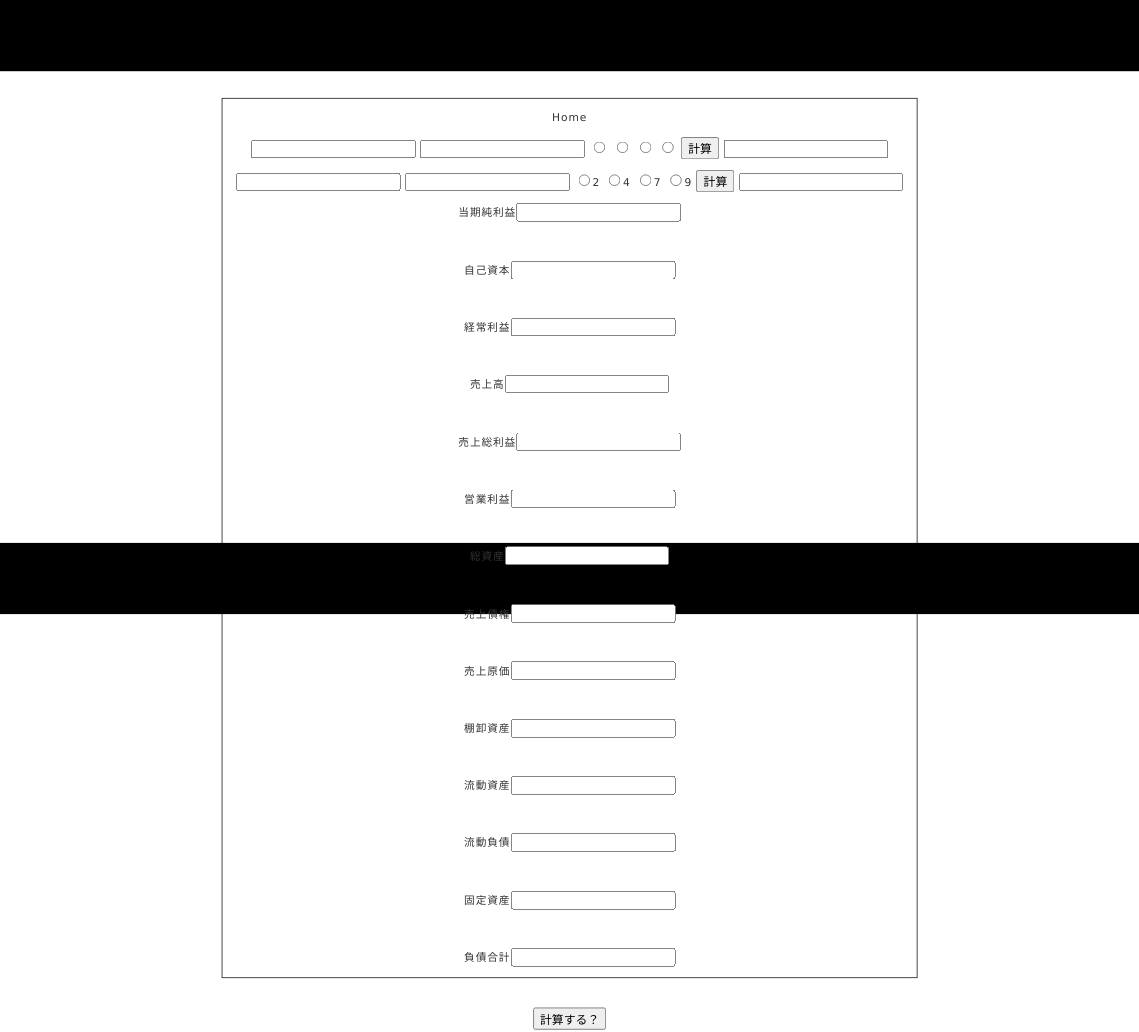
Repository: HattoriKotaro19920408/Keisanchan
Page: http://localhost/Keisanchan/
These files come from the project's save history. The page is drawn as it stood at one moment and after the next save; the edit follows.
The browser window is 1280 px wide. The pictures show the whole page, at 89% of full size.
The page is served by Tomcat 9. Other server files are loaded and not shown.

Above is the page before, as saved 2018-08-16 05:03:48.
Console error: SyntaxError: Unexpected identifier 'roe'

### Keisanchan/WebContent/home.jsp
<%@ page language="java" contentType="text/html; charset=UTF-8"
    pageEncoding="UTF-8"%>
<%@ taglib prefix="s" uri="/struts-tags" %>
<!DOCTYPE html PUBLIC "-//W3C//DTD HTML 4.01 Transitional//EN" "http://www.w3.org/TR/html4/loose.dtd">
<html>
<head>
<meta http-equiv="Content-Type" content="text/html; charset=utf-8" />
<meta http-equiv="Content-Style-Type" content="text/css" />
<meta http-equiv="Content-Script-Type" content="text/javascript" />
<meta http-equiv="imagetoolbar" content="no" />
<meta name="description" content="" />
<meta name="keywords" content="" />

<title>Home画面</title>
<style type="text/css">
   body{
      margin:0;
      padding:0;
      line-height:1.6;
      letter-spacing:1px;
      font-family:Verdana, Helvetica, sans-serif;
      font-size:12px;
      color:#333;
      background:#fff;
   }
   table{
     text-align:center;
     margin:o auto;
   }

   #top{
     width:780px;
     margin:30px auto;
     border:1px solid #333;
   }
   #header{
     width:100%;
     height:80px;
     background-color:black;
   }
   #main{
     width:100%;
     height:500px;
     text-align:center;
   }
   #footer{
     width:100%;
     height:80px;
     background-color:black;
     clear:both;
   }
   #text-center{
      display:inline-block;
      text-align:center;
   }
</style>
</head>
<body>
 <div id="header">
         <div id="pr">
         </div>
    </div>

    <div id="main">
         <div id="top">
              <p>Home</p>

<input name="a" value="">
<input name="b" value="">
<input type="radio" name="c" value="2">
<input type="radio" name="c" value="4">
<input type="radio" name="c" value="7">
<input type="radio" name="c" value="9">

<input onclick=clac() value="計算" type=button>

<input name="d" value="">
<script>
function calc(f){
var val=0;
var val_a=parseFloat(f.elements["a"].value);
var val_b=parseFloat(f.elements["b"].value);
var val_c=0;
for(var i=0;i<f.elements["c"].length;i++){
if(f.elements["c"][i].checked){
val_c=parseFloat(f.elements["c"][i].value);
}
}
val=val_a * 1.05 + val_b / val_c + 10;
val=Math.ceil(val);//切り上げ floorなら切り捨て
f.elements["d"].value=val;
}
</script>
<form>
<p>
<input name="a" value="">
<input name="b" value="">
<input type="radio" name="c" value="2">2
<input type="radio" name="c" value="4">4
<input type="radio" name="c" value="7">7
<input type="radio" name="c" value="9">9
<input onclick="calc(this.form)" value="計算" type="button">
<input name="d" value="">
<p>
</form>

<!--               <form oninput="document.getElementById('roe').value = -->
<!-- 					parseInt(document.getElementById('toki').value, 10) / -->
<!-- 					parseInt(document.getElementById('zikoshi').value, 10)"> -->
<!-- 					<p>当期純利益<input type="number" id="toki"><p/> -->
<!-- 					<br><p>自己資本<input type="number" id="zikoshi"></p> -->

<!-- 					<output for="toki zikoshi" id="roe">計算結果</output> -->
<!-- 					<output for="toki zikoshi" id="roe">計算結果</output> -->
<!-- 					<output for="toki zikoshi" id="roe">計算結果</output> -->
<!-- 					</form> -->






<!-- 	<form> -->
<!--         <label for="toki">当期純利益 </label> -->
<!--         <input type="text" id="toki"><br> -->
<!--         <label for="zikoshi">自己資本: </label> -->
<!--         <input type="text" id="zikoshi"> -->

<!--          <label for="keijo">経常利益 </label> -->
<!--         <input type="text" id="keijo"><br> -->
<!--         <label for="uriage">売上高: </label> -->
<!--         <input type="text" id="uriage"> -->

<!--         <br><button id="button">計算する</button> -->
<!--     </form> -->

<!--     <label for="roe">ROE: </label> -->
<!--     <input type="text" id="roe"><br> -->
<!--      <label for="uriage_keijo_ratio">売上高経常利益率: </label> -->
<!--     <input type="text" id="uriage_keijo_ratio"> -->


<%-- <script> --%>

<!-- // // ボタンの要素を取得 -->
<!-- // var button = document.getElementById("button"); -->

<!-- // // ボタンをクリックした時の処理 -->
<!-- // button.addEventListener("click", function(e) { -->

<!-- //     e.preventDefault(); -->

<!-- //     // 2つの入力フォームの値を取得 -->
<!-- //     var toki = document.getElementById("toki").value; -->
<!-- //     var zikoshi = document.getElementById("zikoshi").value; -->
<!-- //     var keijo = document.getElementById("keijo").value; -->
<!-- //     var uriage = document.getElementById("uriage").value; -->

<!-- //     // 2つの数値を足す -->
<!-- //     var sum = parseInt(toki, 10) + parseInt(zikoshi, 10); -->
<!-- //     var sum = parseInt(uriage, 10) / parseInt(keijo, 10); -->

<!-- //     // 足し算の結果を別の入力フォームに表示 -->
<!-- //     var roe = document.getElementById("roe"); -->
<!-- //     roe.value = sum; -->

<!-- //     var uriage_keijo_ratio = document.getElementById("uriage_keijo_ratio"); -->
<!-- //     uriage_keijo_ratio.value = sum; -->
<!-- // }); -->

<%-- </script> --%>


<!-- 					 <form ="KeisanAction"> -->

<form>
<p>当期純利益<input type="number" name="toki" value=""><p/>
<br><p>自己資本<input type="number" name="zikoshi" value=""></p>
<br><p>経常利益<input type="number" name="keijo" value=""></p>
<br><p>売上高<input type="number" name="uriage" value=""></p>
<br><p>売上総利益<input type="number" name="uriage_sori" value=""></p>
<br><p>営業利益<input type="number" name="eigyo" value=""></p>
<br><p>総資産<input type="number" name="total_assets" value=""></p>
<br><p>売上債権<input type="number" name="uriage_saiken" value=""></p>
<br><p>売上原価<input type="number" name="uriage_genka" value=""></p>
<br><p>棚卸資産<input type="number" name="tana" value=""></p>
<br><p>流動資産<input type="number" name="ryudo_assets" value=""></p>
<br><p>流動負債<input type="number" name="ryudo_fusai" value=""></p>
<br><p>固定資産<input type="number" name="kotei_assets" value=""></p>
<br><p>負債合計<input type="number" name="total_fusai" value=""></p>
</form>
<script type="text/javascript">
ver roe = toki/zikoshi;
document.write(roe);


</script>

<!-- </form> -->


         </div>

         <div id="text-center">
              <s:form action="HomeAction">
                      <s:submit value="計算する？"/>
              </s:form>
              <s:if test = "#session.id !=null">
                      <p>ログアウトする場合は<a href='<s:url action="LoginAction"/>'>こちら</a></p>
              </s:if>
         </div>
    </div>
    <div id="footer">
         <div id = "pr">
         </div>
    </div>

</body>
</html>

After the next save:
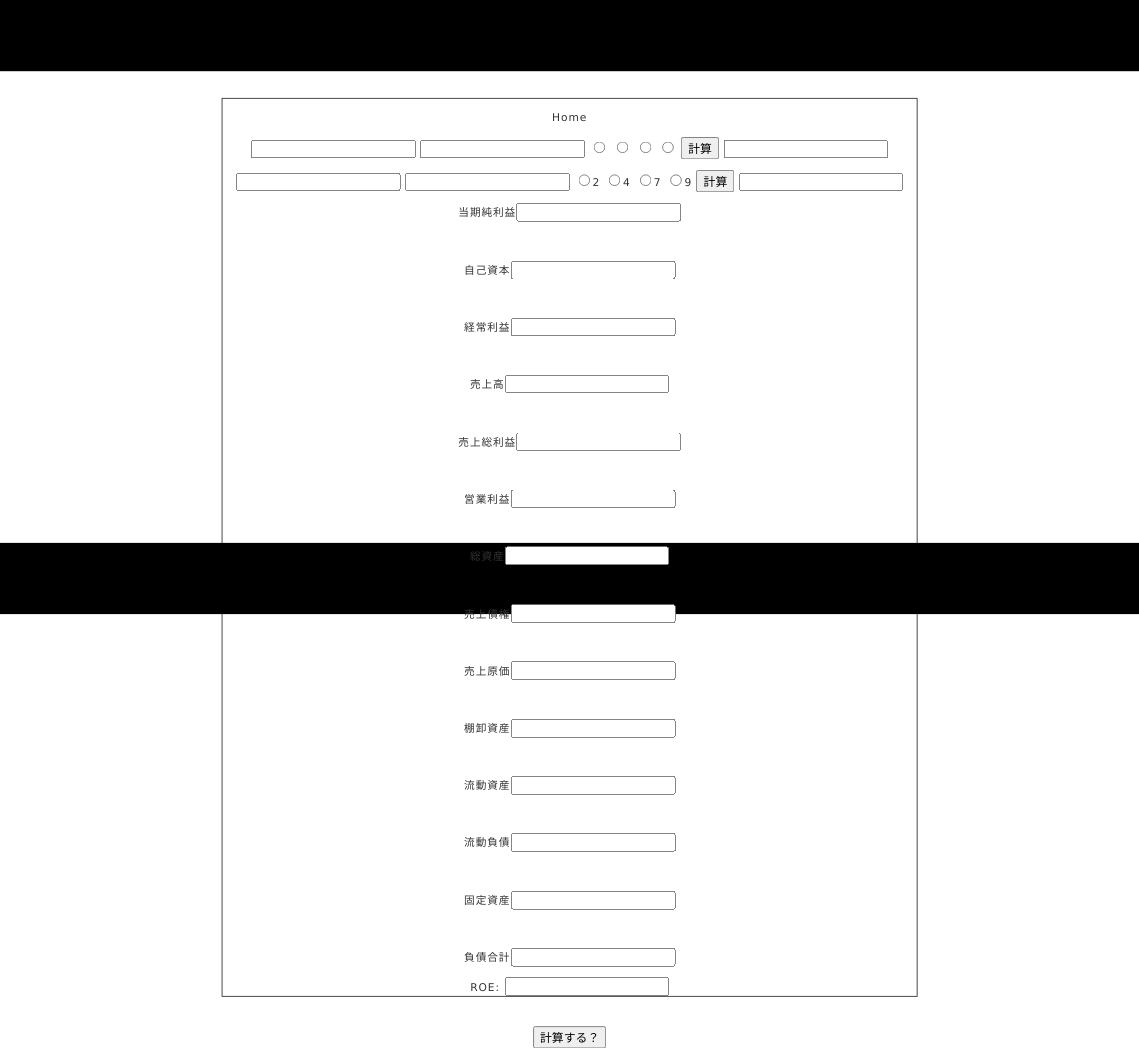
Saved 2 min 16 s later.
--- a/Keisanchan/WebContent/home.jsp
+++ b/Keisanchan/WebContent/home.jsp
@@ -188,6 +188,9 @@ f.elements["d"].value=val;
 <br><p>流動負債<input type="number" name="ryudo_fusai" value=""></p>
 <br><p>固定資産<input type="number" name="kotei_assets" value=""></p>
 <br><p>負債合計<input type="number" name="total_fusai" value=""></p>
+
+<label for="roe">ROE: </label>
+ <input type="text" id="roe">
 </form>
 <script type="text/javascript">
 ver roe = toki/zikoshi;
